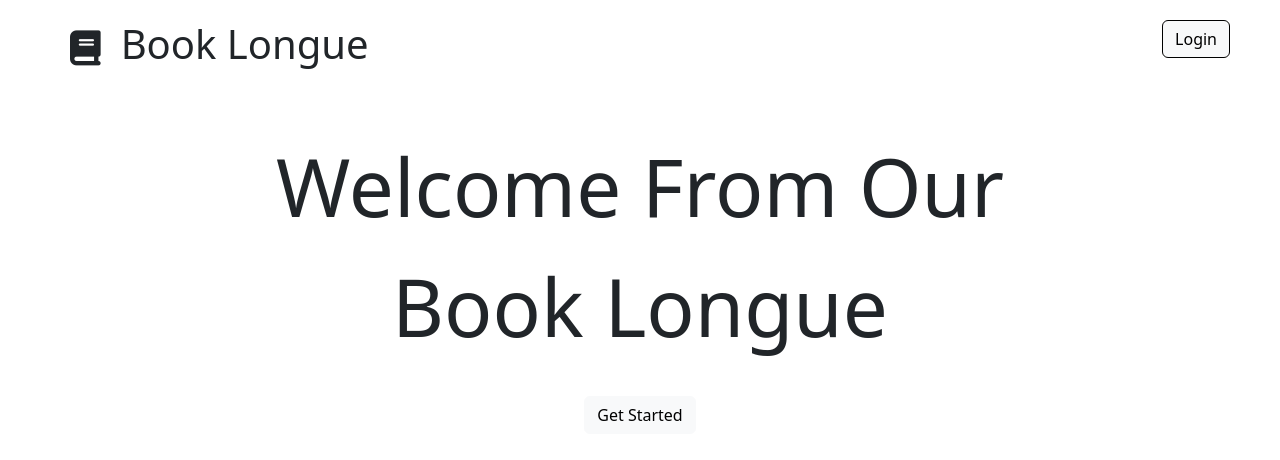
Repository: moehaymanmyint/Book-Longue-Web-System
Page: pages /GetStarted.html
An editor plug-in stored every save of this project. The page is shown before and after the next save, followed by the edit.
The browser window is 1280 px wide. The pictures show the whole page.

Above is the page before, as saved 2024-12-21 20:21:28.

### pages /GetStarted.html
<!DOCTYPE html>
<html lang="en">
<head>
    <meta charset="UTF-8">
    <meta name="viewport" content="width=device-width, initial-scale=1.0">
    <title>Book Longue - Get Started</title>
    <link href="https://cdn.jsdelivr.net/npm/bootstrap@5.3.3/dist/css/bootstrap.min.css" rel="stylesheet" integrity="sha384-QWTKZyjpPEjISv5WaRU9OFeRpok6YctnYmDr5pNlyT2bRjXh0JMhjY6hW+ALEwIH" crossorigin="anonymous">
    <script src="https://cdn.jsdelivr.net/npm/bootstrap@5.3.3/dist/js/bootstrap.bundle.min.js" integrity="sha384-YvpcrYf0tY3lHB60NNkmXc5s9fDVZLESaAA55NDzOxhy9GkcIdslK1eN7N6jIeHz" crossorigin="anonymous"></script>
    <link rel="stylesheet" href="../style/GetStarted.css">
    <link rel="stylesheet" href="https://cdnjs.cloudflare.com/ajax/libs/font-awesome/6.7.2/css/all.min.css" integrity="sha512-Evv84Mr4kqVGRNSgIGL/F/aIDqQb7xQ2vcrdIwxfjThSH8CSR7PBEakCr51Ck+w+/U6swU2Im1vVX0SVk9ABhg==" crossorigin="anonymous" referrerpolicy="no-referrer" />
</head>
<body>
    <div class="nav-bar">
        <div class="left">
            <i class="fa-solid fa-book"></i>
            <h1>Book Longue</h1>
        </div>
        <div class="right">
            <button type="button" class="btn btn-light">Login</button>
        </div>
    </div>
    <div class="content">
        <h1>Welcome From Our<br>Book Longue</h1>
        <button type="button" class="btn btn-light">Get Started</button>
    </div>
</body>
</html>

### style/GetStarted.css
.content{
    display: flex;
    flex-direction: column;
    align-items: center;
}

.left{
    display: flex;
    align-items: center;
}

.left i{
    font-size: 35px;
    margin: 0 20px;
}
.nav-bar{
    display: flex;
    justify-content: space-between;
    margin: 20px 50px;
}

.nav-bar button{
    border: 1px solid black;
}

.content h1{
    font-size: 80px;
    text-align: center;
    line-height: 150%;
    margin: 30px;
}

After the next save:
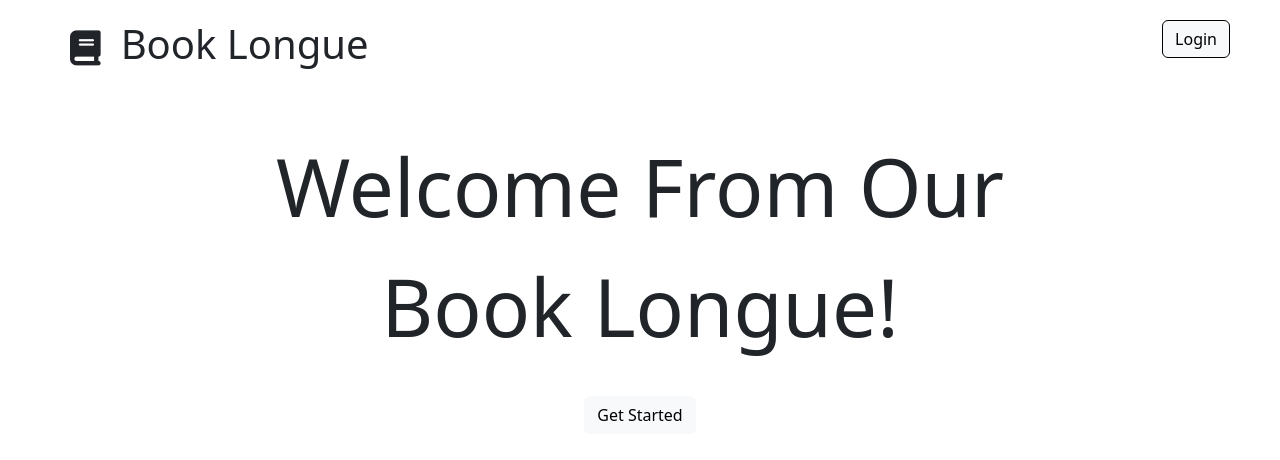
Saved 14 s later.
--- a/pages /GetStarted.html
+++ b/pages /GetStarted.html
@@ -20,7 +20,7 @@
         </div>
     </div>
     <div class="content">
-        <h1>Welcome From Our<br>Book Longue</h1>
+        <h1>Welcome From Our<br>Book Longue!</h1>
         <button type="button" class="btn btn-light">Get Started</button>
     </div>
 </body>
